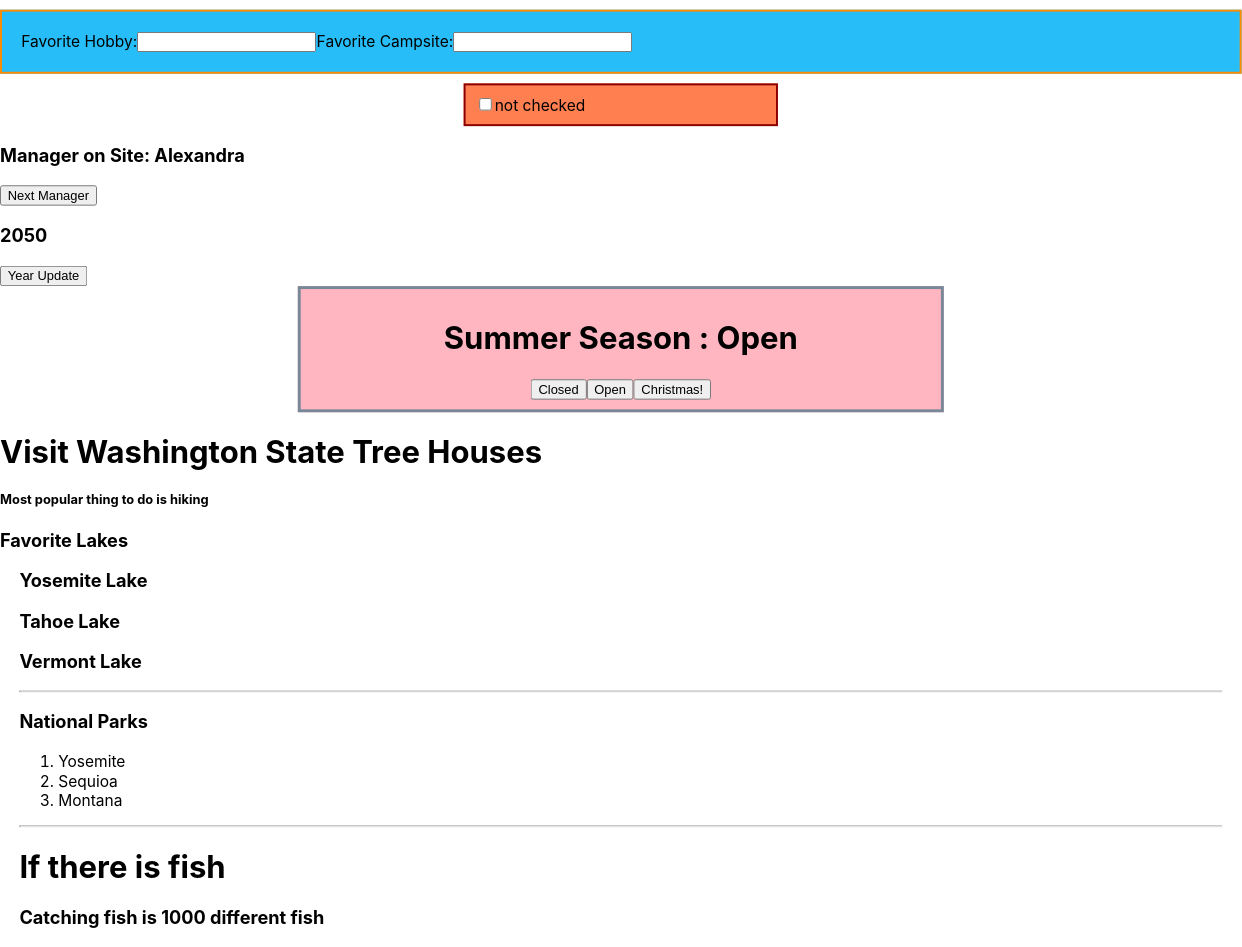
Repository: CaptainStorm21/intro-react-hooks
Page: /
These files come from the project's save history. The page is drawn as it stood at one moment and after the next save; the edit follows.
The browser window is 1280 px wide. The pictures show the whole page, at 97% of full size.
The project was rebuilt for these pictures with package versions that can differ from the ones it lists, and the page was loaded fresh each time. Also part of the build but not shown: src/App.css.

Above is the page before, as saved 2020-05-27 21:59:53.

After the next save:
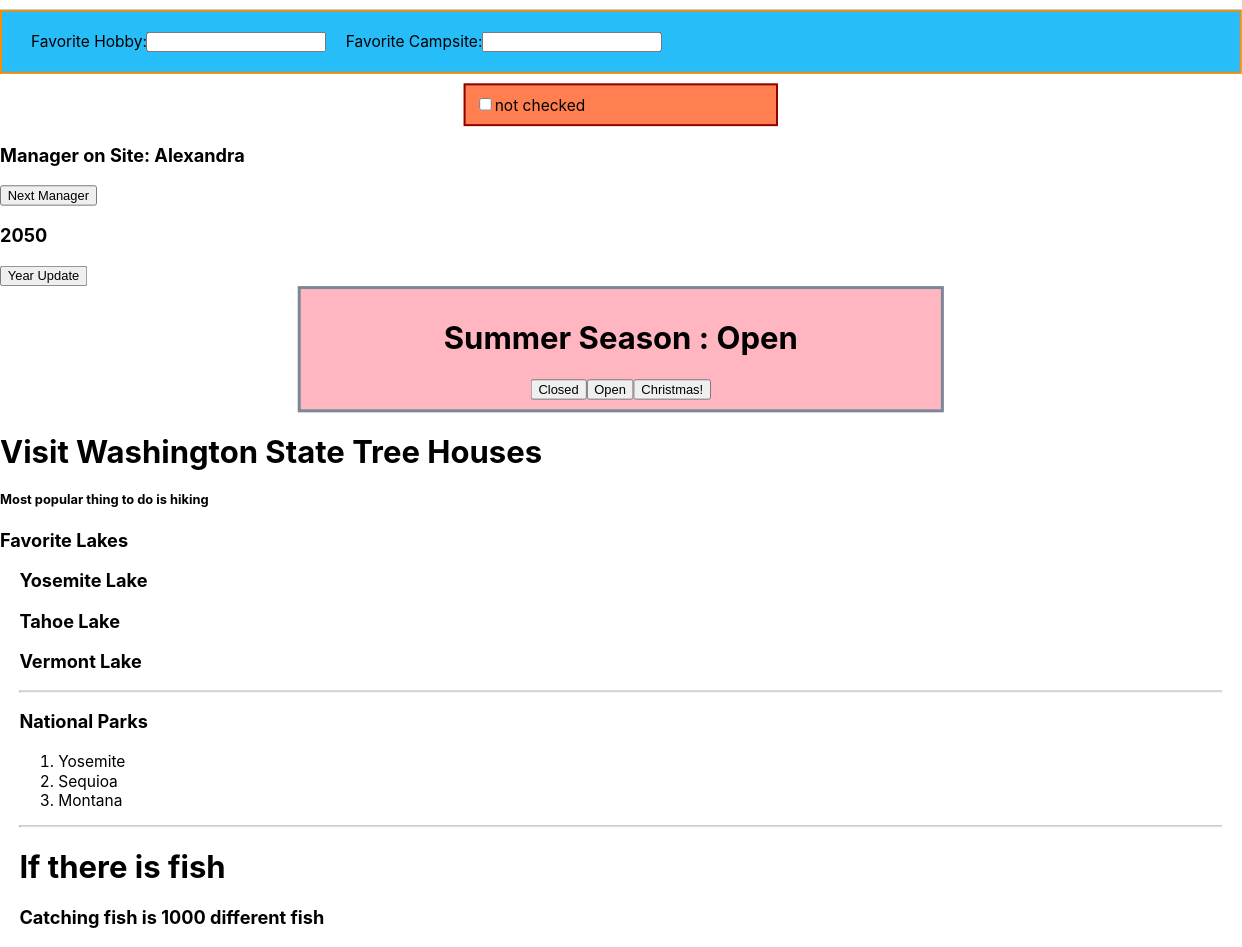
Saved 12 s later.
--- a/src/index.css
+++ b/src/index.css
@@ -27,7 +27,8 @@ code {
 }
 
 label{
-
+  padding-left: 10px;
+  padding-right: 10px;
 }
 .blue-div{
   background-color: rgb(39, 189, 248);
